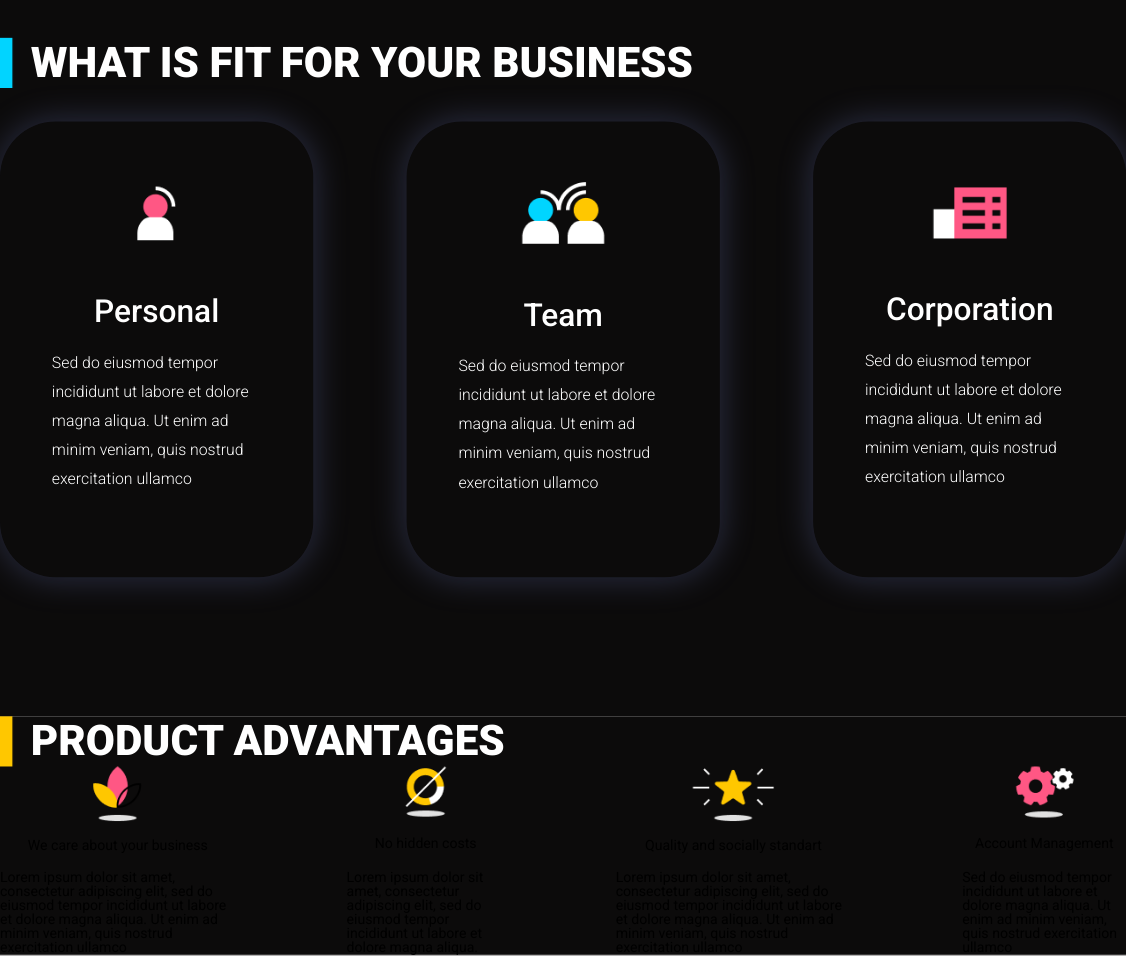
Repository: VetaWhale/team-site-test
Page: index.html
These files come from the project's save history. The page is drawn as it stood at one moment and after the next save; the edit follows.
The browser window is 1280 px wide. The page is 1280 px wide, then 1293 px, so the pictures cover 1293 px, including what lies to the right of the window. The pictures show the whole page, at 88% of full size.
Some web fonts or font styles are not loaded; a fallback is used.

Above is the page before, as saved 2023-04-24 14:27:31.

### index.html
<!DOCTYPE html>
<html lang="en">

<head>
    <meta charset="UTF-8" />
    <link rel="stylesheet" href="./css/reset.css" />
    <link rel="preconnect" href="https://fonts.googleapis.com" />
    <link rel="preconnect" href="https://fonts.gstatic.com" crossorigin />
    <link href="https://fonts.googleapis.com/css2?family=Nunito:wght@400;800&family=Oranienbaum&family=Prata&family=Rammetto+One&family=Roboto:wght@300;400;500;700;900&display=swap" rel="stylesheet" />
    <link rel="stylesheet" href="./css/index.css" />
    <title>Our test site</title>
</head>

<body>
    <header></header>
    <main>
        <section class="business">
            <div class="business__title">
                <img class="business__icon" src="./resources/business_icon.png" alt="">
                <h2 class="business__text">
                    WHAT IS FIT FOR YOUR BUSINESS
                </h2>
            </div>
            <div class="business__container">
                <div class="business__item">
                    <img src="./resources/people__icon.png" alt="" />
                    <h2 class="business__title-text">Personal</h2>
                    <p class="business__description">
                        Sed do eiusmod tempor incididunt ut labore et dolore magna aliqua. Ut enim ad minim veniam, quis nostrud exercitation ullamco
                    </p>
                </div>

                <div class="business__item">
                    <img src="./resources/two_people__icon.png" alt="" />
                    <h2 class="business__title-text">Team</h2>
                    <p class="business__description">
                        Sed do eiusmod tempor incididunt ut labore et dolore magna aliqua. Ut enim ad minim veniam, quis nostrud exercitation ullamco
                    </p>
                </div>
                <div class="business__item">
                    <img src="./resources/home__icon.png" alt="" />
                    <h2 class="business__title-text">Corporation</h2>
                    <p class="business__description">
                        Sed do eiusmod tempor incididunt ut labore et dolore magna aliqua. Ut enim ad minim veniam, quis nostrud exercitation ullamco
                    </p>
                </div>
            </div>
        </section>
        <section class="product__section">
            <h2 class="product__title">
                <img src="./resources/product_icon.png" alt=""> PRODUCT ADVANTAGES
            </h2>
            <div class="product__container">
                <div class="product__item">
                    <img src="./resources/product_icon-flower.png" alt="">
                    <h2 class="product__title-text">
                        We care about your business
                    </h2>
                    <p class="product__description">
                        Lorem ipsum dolor sit amet, consectetur adipiscing elit, sed do eiusmod tempor incididunt ut labore et dolore magna aliqua. Ut enim ad minim veniam, quis nostrud exercitation ullamco
                    </p>
                </div>
                <div class="product__item">
                    <img src="./resources/product_icon-ellipse.png" alt="">
                    <h2 class="product__title-text">
                        No hidden costs
                    </h2>
                    <p class="product__description">
                        Lorem ipsum dolor sit amet, consectetur adipiscing elit, sed do eiusmod tempor incididunt ut labore et dolore magna aliqua.
                    </p>
                </div>
                <div class="product__item">
                    <img src="./resources/product_icon-star.png" alt="">
                    <h2 class="product__title-text">
                        Quality and socially standart
                    </h2>
                    <p class="product__description">
                        Lorem ipsum dolor sit amet, consectetur adipiscing elit, sed do eiusmod tempor incididunt ut labore et dolore magna aliqua. Ut enim ad minim veniam, quis nostrud exercitation ullamco
                    </p>
                </div>
                <div class="product__item">
                    <img src="./resources/ICON 04.png" alt="">
                    <h2 class="product__title-text">
                        Account Management
                    </h2>
                    <p class="product__description">
                        Sed do eiusmod tempor incididunt ut labore et dolore magna aliqua. Ut enim ad minim veniam, quis nostrud exercitation ullamco
                    </p>
                </div>
            </div>
        </section>
    </main>
    <footer></footer>
</body>

</html>

### css/index.css
/* Шрифты для нашего сайта */


/*
font-family: 'Nunito', sans-serif;
font-family: 'Oranienbaum', serif;
font-family: 'Prata', serif;
font-family: 'Rammetto One', cursive;
font-family: 'Roboto', sans-serif;
*/

@import'../css/business.css';
@import'../css/product.css';
body {
    font-family: 'Roboto', sans-serif;
}

### css/business.css
.business {
    width: 100%;
    background-color: #0C0B0B;
    padding-top: 43px;
    margin: 0 auto;
}

.business__container {
    max-width: 1440px;
    margin: 0 auto;
    display: flex;
    flex-direction: row;
    gap: 94px;
    padding-top: 38px;
    padding-bottom: 158px;
    justify-content: space-between;
}

.business__title {
    max-width: 1440px;
    margin: 0 auto;
    display: flex;
    gap: 20px;
}

.business__text {
    font-weight: 900;
    font-size: 48px;
    line-height: 56px;
    color: #FFFFFF;
}

.business__title-text {
    font-weight: 500;
    font-size: 36px;
    line-height: 42px;
    color: #FFFFFF;
    padding-top: 40px;
}

.business__item {
    display: flex;
    justify-content: center;
    align-items: center;
    flex-direction: column;
    width: 356px;
    height: 518px;
    box-shadow: 0px 0px 40px rgba(146, 163, 255, 0.25);
    border-radius: 63px;
    gap: 20px;
}

.business__description {
    font-weight: 300;
    font-size: 18px;
    line-height: 33px;
    color: #FFFFFF;
    width: 238.17px;
    height: 188px
}

### css/product.css
.product__section {
    width: 100%;
    background-color: #0C0B0B;
    margin: 0 auto;
}

.product__title {
    display: flex;
    font-weight: 900;
    font-size: 48px;
    line-height: 56px;
    color: #FFFFFF;
    gap: 20px;
}

.product__container {
    display: flex;
    width: 100%;
    max-width: 1440px;
    flex-direction: row;
    gap: 126px;
}

.product__item {
    display: flex;
    flex-direction: column;
    align-items: center;
    justify-content: space-between;
    gap: 20px;
}

Loaded but not shown: css/reset.css (common file)

After the next save:
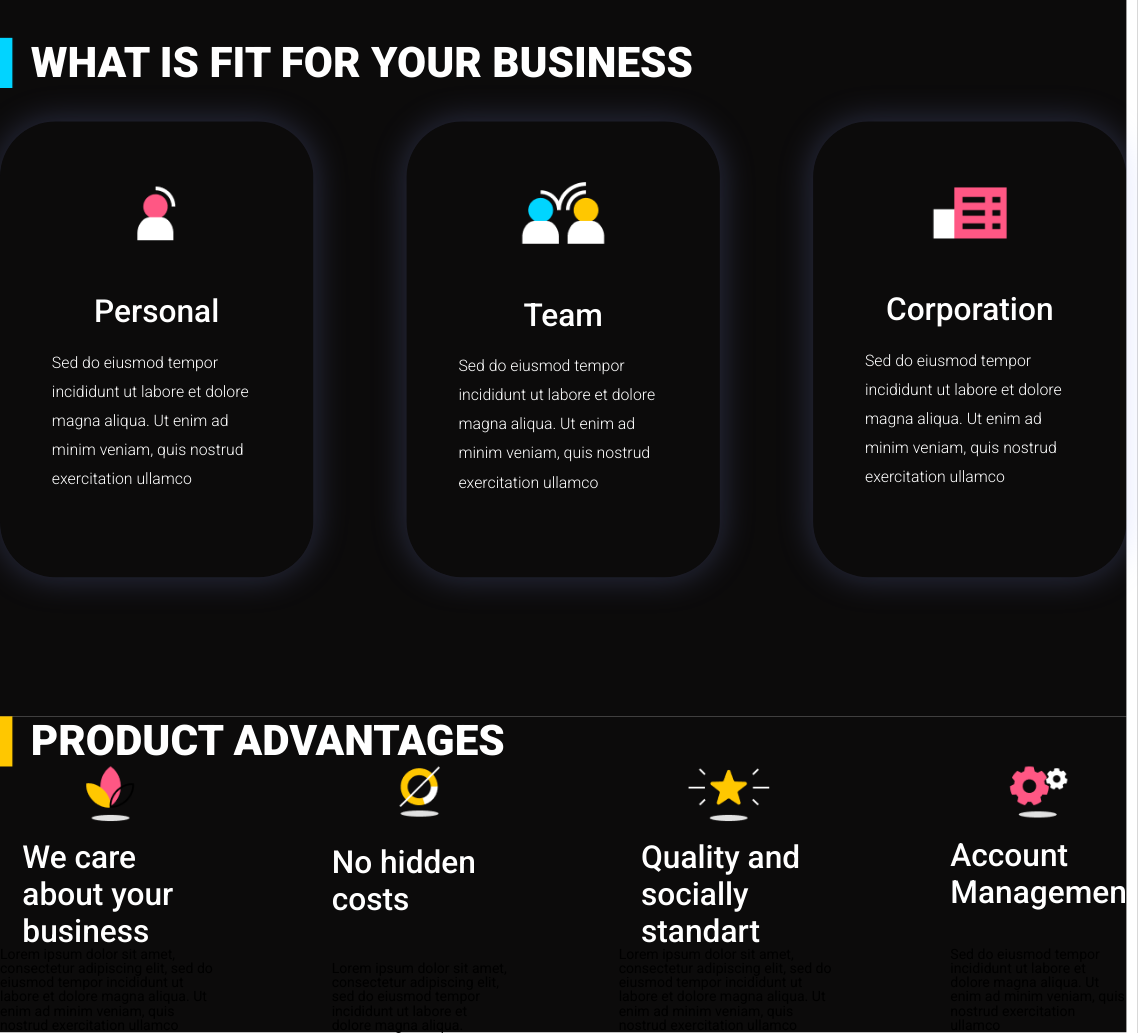
Saved 38 s later.
--- a/css/product.css
+++ b/css/product.css
@@ -28,3 +28,12 @@
     justify-content: space-between;
     gap: 20px;
 }
+
+.product__title-text {
+    font-weight: 500;
+    font-size: 36px;
+    line-height: 42px;
+    width: 200.14px;
+    height: 104px;
+    color: #FFFFFF;
+}
